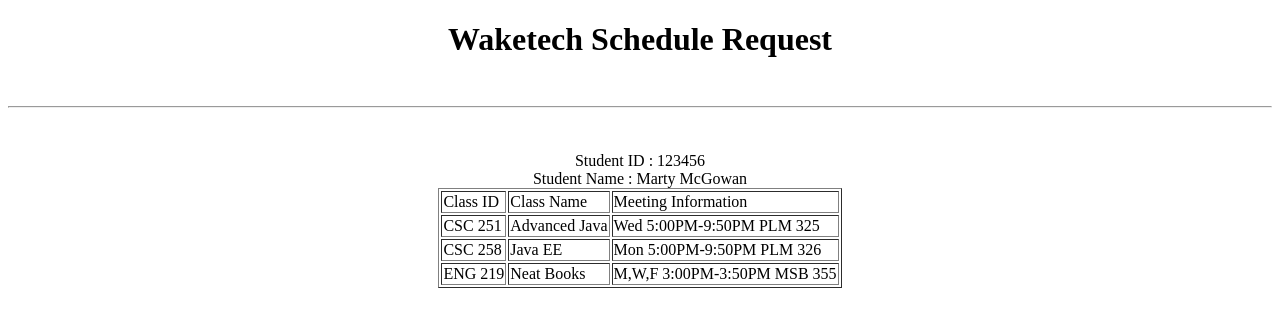
Repository: weshayutin/java258Online
Page: workspace/Week1Assignment/WebContent/schedule.html
The author's editor kept a copy of each file at every save. The page is drawn from the files as they stood at one save, then again after the next save.
The browser window is 1280 px wide. The pictures show the whole page.

Above is the page before, as saved 2011-01-23 20:31:08.

### workspace/Week1Assignment/WebContent/schedule.html
<!DOCTYPE html PUBLIC "-//W3C//DTD HTML 4.01 Transitional//EN" "http://www.w3.org/TR/html4/loose.dtd">
<html>
<head>
<meta http-equiv="Content-Type" content="text/html; charset=UTF-8">
<title>Waketech Schedule</title>
</head>
<body>
<h1 align="center"> Waketech Schedule Request</h1>
<br>
<hr/>
<br>
<center>

<br>Student ID : 123456
<br>Student Name : Marty McGowan

<table border="1">
<tr><b>
<td>Class ID</td>
<td>Class Name</td>
<td>Meeting Information</td>
</b>
</tr>
<tr>
<td>CSC 251</td>
<td>Advanced Java</td>
<td>Wed 5:00PM-9:50PM PLM 325</td>
</tr>
<tr>
<td>CSC 258</td>
<td>Java EE</td>
<td>Mon 5:00PM-9:50PM PLM 326</td>
</tr>
<tr>
<td>ENG 219</td>
<td>Neat Books</td>
<td>M,W,F 3:00PM-3:50PM MSB 355</td>
</tr>


</table>




</center>
</body>
</html>

After the next save:
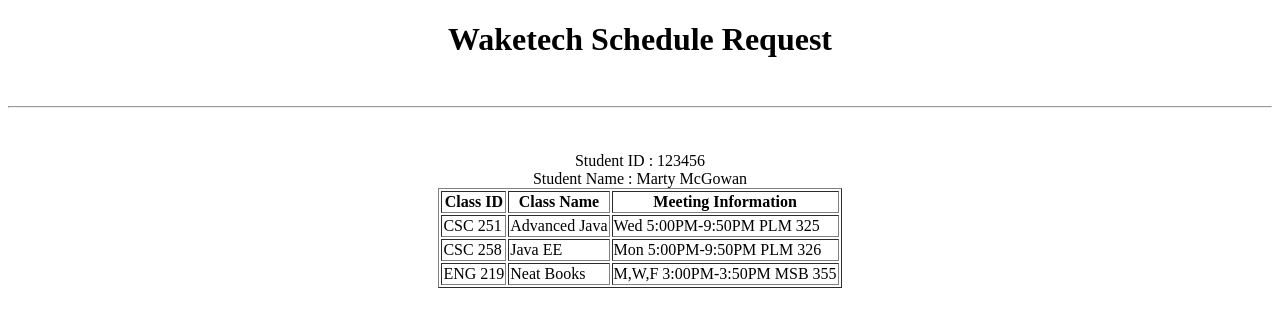
Saved 59 s later.
--- a/workspace/Week1Assignment/WebContent/schedule.html
+++ b/workspace/Week1Assignment/WebContent/schedule.html
@@ -13,13 +13,13 @@
 
 <br>Student ID : 123456
 <br>Student Name : Marty McGowan
+<br>
 
 <table border="1">
-<tr><b>
-<td>Class ID</td>
-<td>Class Name</td>
-<td>Meeting Information</td>
-</b>
+<tr>
+<th>Class ID</th>
+<th>Class Name</th>
+<th>Meeting Information</th>
 </tr>
 <tr>
 <td>CSC 251</td>
